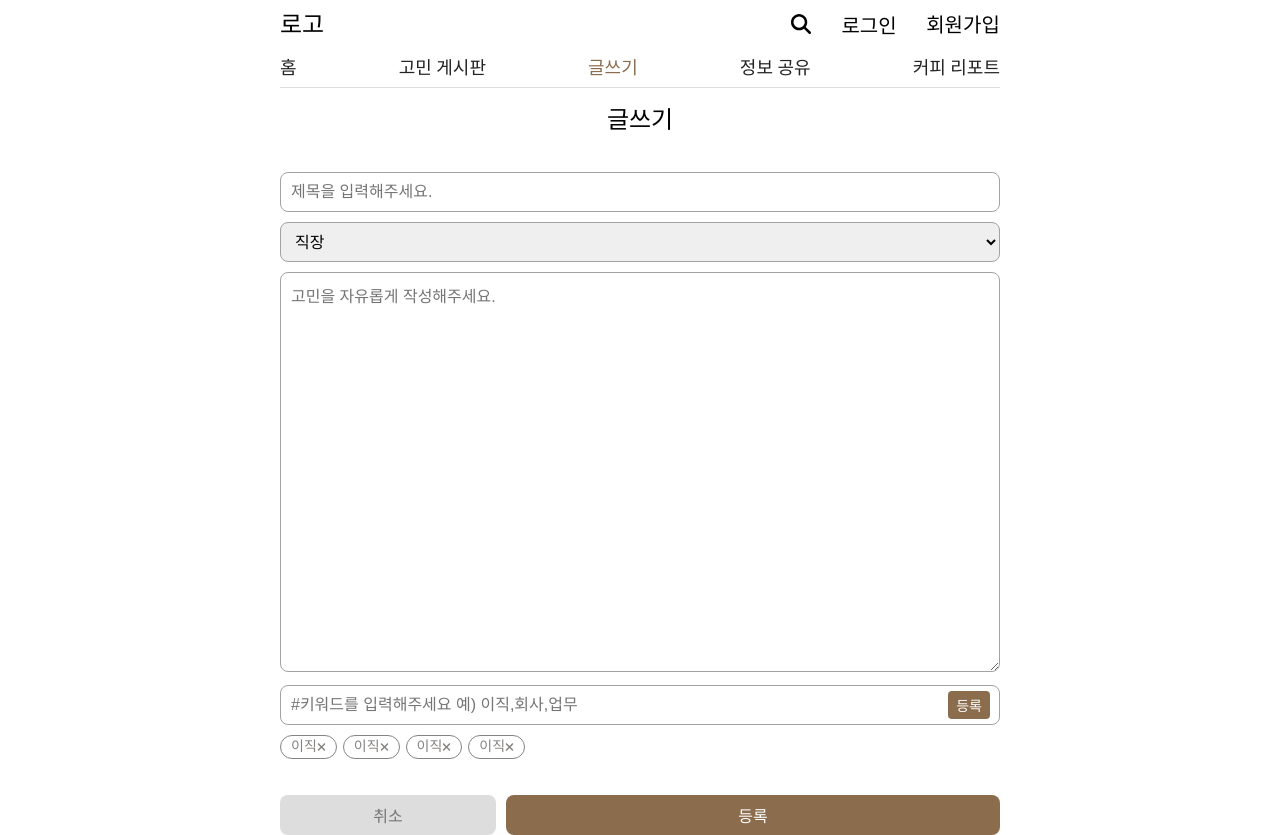
Repository: zlazlazla35/coffee
Page: /writing
The author's editor kept a copy of each file at every save. The page is drawn from the files as they stood at one save, then again after the next save.
The browser window is 1280 px wide. The pictures show the whole page.
The page's requests for data from a server got no answer. Some web fonts or font styles are not loaded; a fallback is used. The project was rebuilt for these pictures with package versions that can differ from the ones it lists, and the page was loaded fresh each time. The framework's server and built-in components were replaced by stand-ins that run in the browser. No one was signed in, and anything a server would have sent is missing. Also part of the build but not shown: next.config.mjs, src/app/LogOutButton.js.

Above is the page before, as saved 2025-01-08 17:42:48.

After the next save:
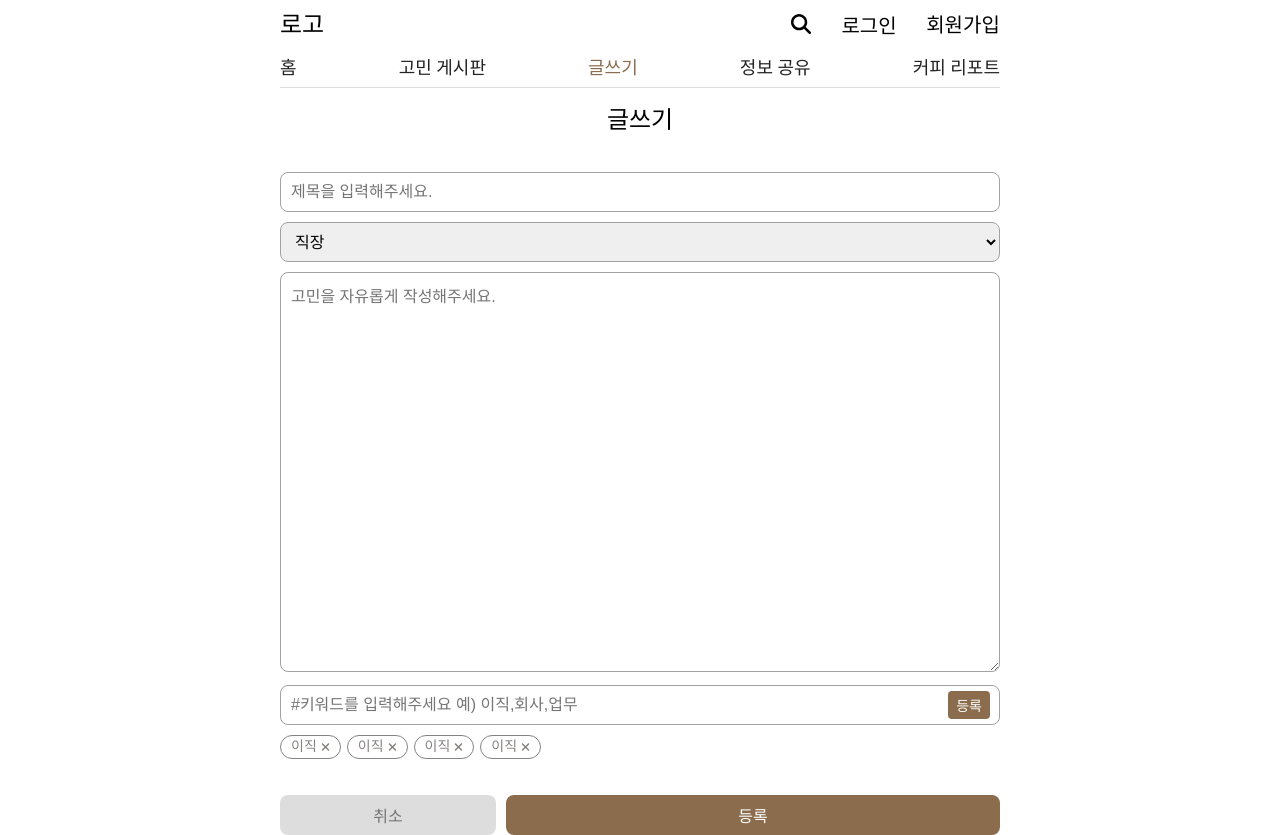
Saved 12 s later.
--- a/src/app/globals.css
+++ b/src/app/globals.css
@@ -125,4 +125,4 @@ select {font-family: 'NanumSquare', sans-serif !important; outline: none !import
 .writing .keyWord_tag {width: 100%; float: left;}
 .writing .keyWord_tag li { float: left; display: inline-block; border: 1px solid #868380; color: #868380; box-sizing: border-box; padding: 4px 10px; border-radius: 12px; margin-right: 6px; font-size: 14px;}
 .writing .keyWord_tag li:last-child {margin-right: 0;}
-.writing .keyWord_tag li svg {font-size: 12px;}
+.writing .keyWord_tag li svg {font-size: 12px; margin-left: 4px;}
